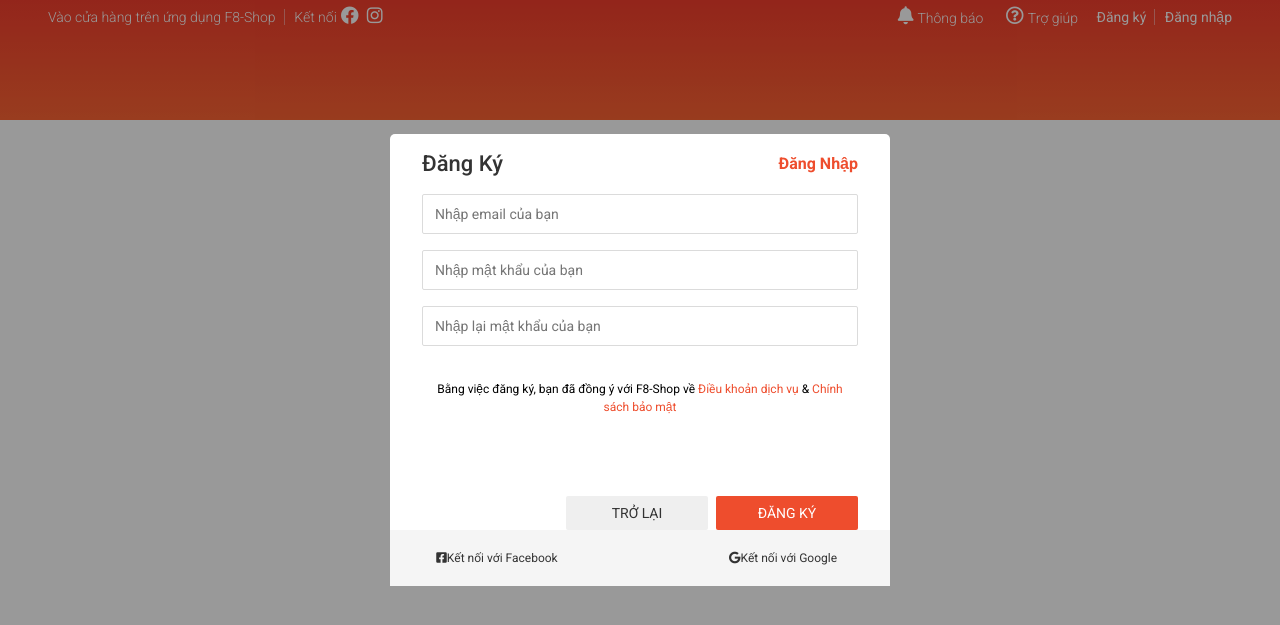
Repository: huynhnhan112/Shopee_Homepage
Page: index.html
An editor plug-in stored every save of this project. The page is shown before and after the next save, followed by the edit.
The browser window is 1280 px wide. The pictures show the whole page.

Above is the page before, as saved 2021-11-19 16:11:04.

After the next save:
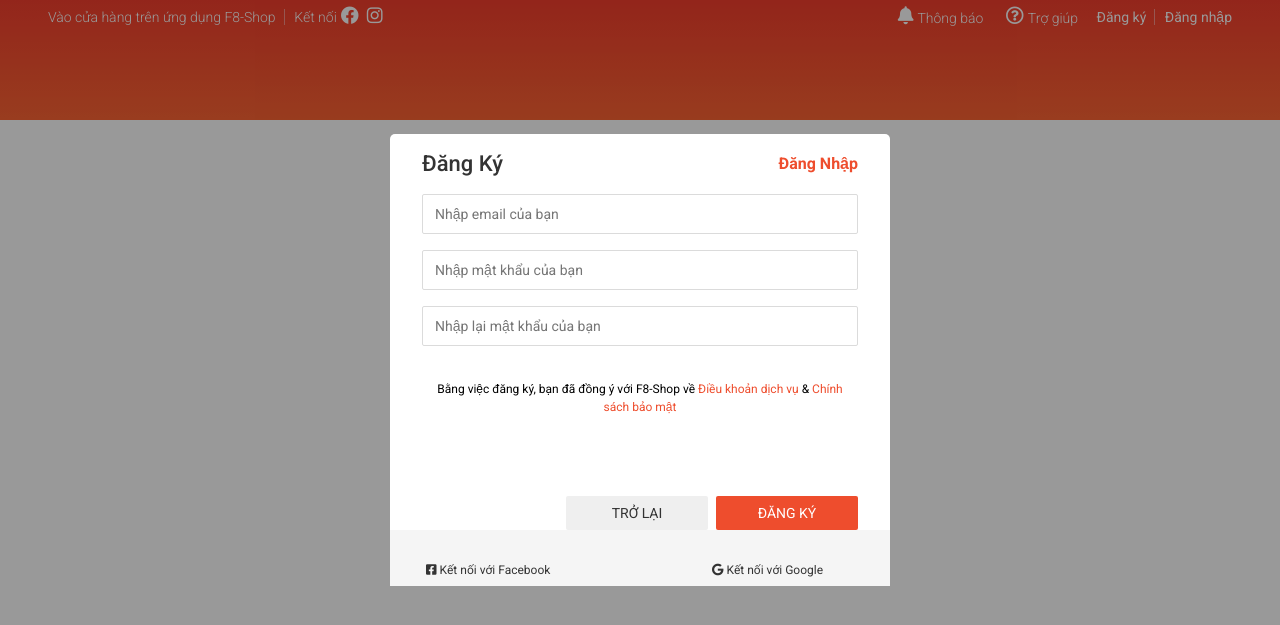
Saved 72 s later.
--- a/assets/css/base.css
+++ b/assets/css/base.css
@@ -91,9 +91,7 @@
 .btn.btn--size-s{
     height: 32px;
     font-size: 1.2rem;
-    display: flex;
-    justify-content: center;
-    align-items: center;
+   line-height: 56px;
 }
 
 .btn.btn--disabled{
